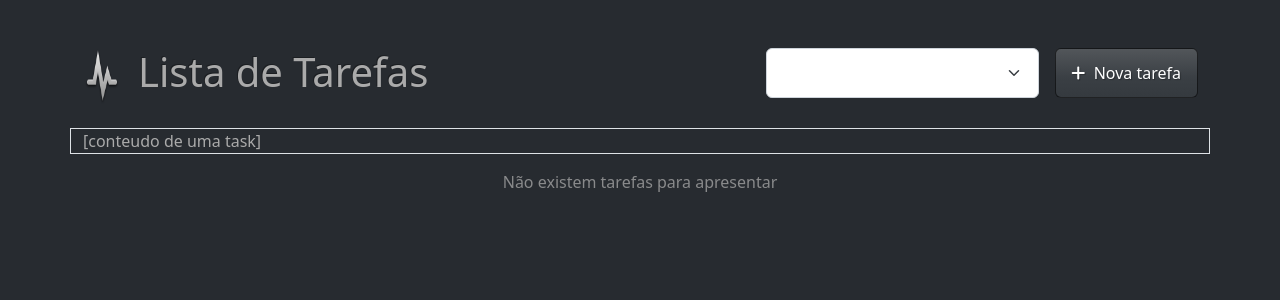
Repository: cargugati/lista_tarefas
Page: frontEnd/index.html
An editor plug-in stored every save of this project. The page is shown before and after the next save, followed by the edit.
The browser window is 1280 px wide. The pictures show the whole page.

Above is the page before, as saved 2023-03-18 20:30:15.

### frontEnd/index.html
<!DOCTYPE html>
<html lang="pt-br">

<head>
  <meta charset="UTF-8">
  <meta http-equiv="X-UA-Compatible" content="IE=edge">
  <meta name="viewport" content="width=device-width, initial-scale=1.0">
  <title>Lista de Tarefas</title>
  <link rel="stylesheet" href="./assets/css/bootstrap.min.css">
  <link rel="stylesheet" href="./assets/fontawesome/css/all.min.css">
  <link rel="shortcut icon" href="./assets/images/favicon.png" type="image/png">
</head>

<body>
  <div class="container my-5">

    <!-- cabeçalho -->
    <div class="row mb-4">
      <div class="col">
        <div class="d-flex justify-content-start">
          <img src="./assets/images/favicon.png" alt="Logo" class="img-fluid me-3" width="40px">
          <h1>Lista de Tarefas</h1>
        </div>

      </div>
      <div class="col text-end">
        <div class="d-flex justify-content-end">
          <select id="select_filter" class="form-select w-50 me-3">
            <option value=""></option>
            <option value="1">1</option>
          </select>
          <a href="new_task.html" class="btn btn-primary"><i class="fa-solid fa-plus me-2"></i>Nova tarefa</a>
        </div>
      </div>
    </div>

    <!-- aspecto visual de uma tarefa -->
    <div class="row mb-3">
      <div class="col-12 border">
        [conteudo de uma task]
      </div>
    </div>


    <!-- sem tarefa -->
    <div class="row " id="no_tasks">
      <div class="col text-center">
        <span class="opacity-75">Não existem tarefas para apresentar</span>
      </div>
    </div>
  </div>


  <script src="./assets/js/bootstrap.bundle.min.js"></script>
</body>

</html>

Loaded but not shown: frontEnd/assets/css/bootstrap.min.css (library); frontEnd/assets/fontawesome/css/all.min.css (library); frontEnd/assets/js/bootstrap.bundle.min.js (library)

After the next save:
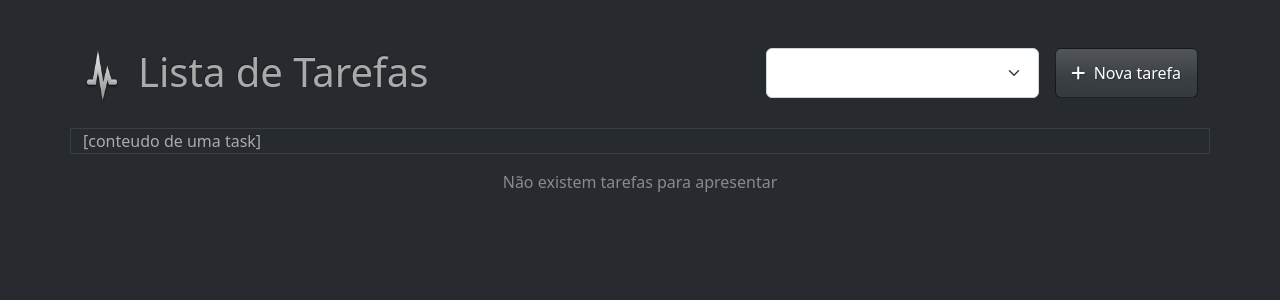
Saved 2 min 23 s later.
--- a/frontEnd/index.html
+++ b/frontEnd/index.html
@@ -36,7 +36,7 @@
 
     <!-- aspecto visual de uma tarefa -->
     <div class="row mb-3">
-      <div class="col-12 border">
+      <div class="col-12 border border-primary">
         [conteudo de uma task]
       </div>
     </div>
